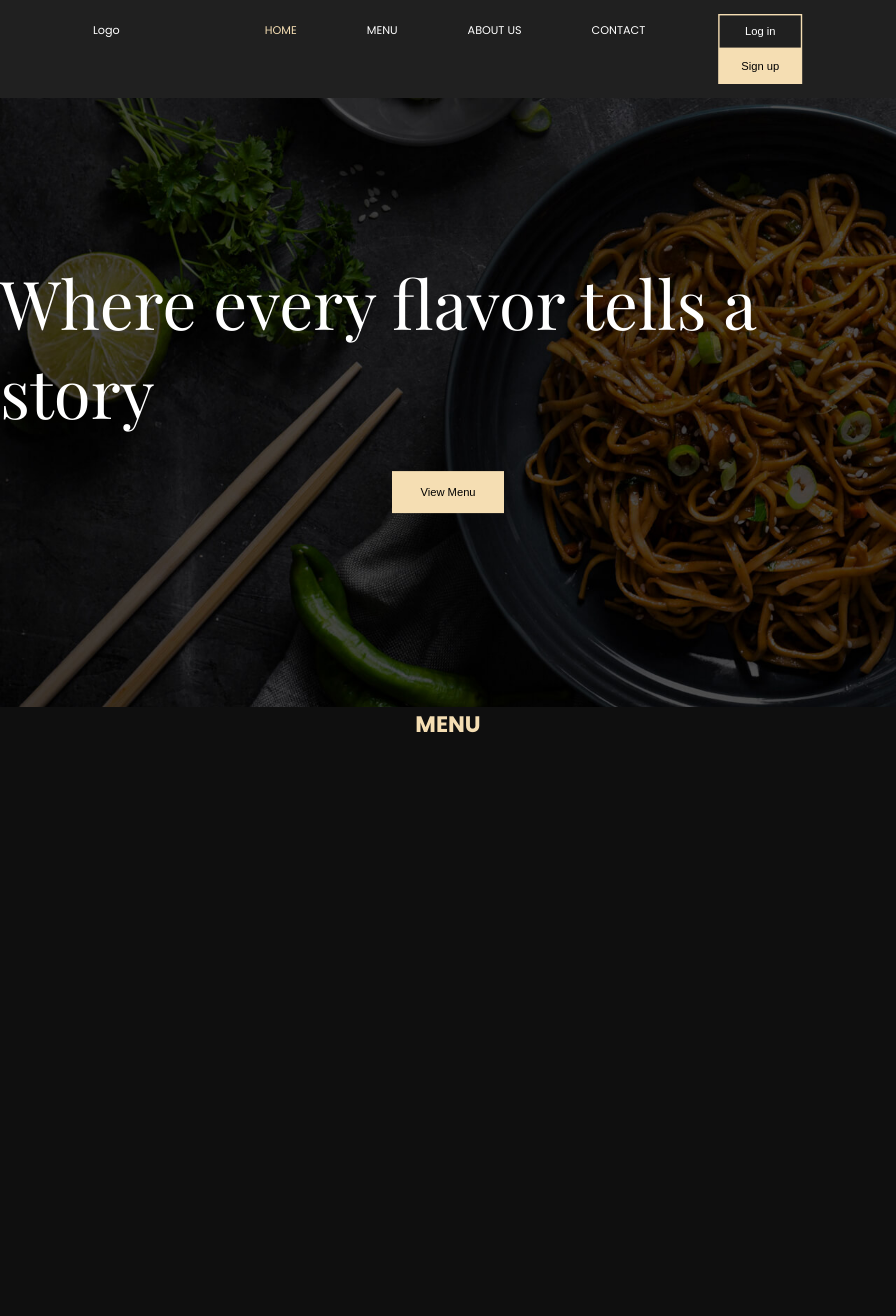
Repository: ThisIsSahaj/NSP
Page: index.html
An editor plug-in stored every save of this project. The page is shown before and after the next save, followed by the edit.
The browser window is 1280 px wide. The pictures show the whole page, at 70% of full size.

Above is the page before, as saved 2023-12-26 22:21:45.

### index.html
<!DOCTYPE html>
<html lang="en">
<head>
    <meta charset="UTF-8">
    <meta http-equiv="X-UA-Compatible" content="IE=edge">
    <meta name="viewport" content="width=device-width, initial-scale=1.0">
    <title>Hungy</title>
    <link rel="stylesheet" href="style.css">
</head>
<body>
    <header>

        <nav class="nav">
            <div class="logo">
                Logo
            </div>
            <div class="menu">
                <ul>
                   <a href="" class="active"> <li>Home</li> </a>
                   <a href=""> <li>Menu</li> </a>
                   <a href="about.html"> <li>About Us</li> </a>
                   <a href=""> <li>Contact</li> </a>
            </ul>
        </div>
        <div class="button">
            <button class="login">Log in</button>
            <button class="signup">Sign up</button>
        </div>
    </nav>
</header>

<div class="sec1">
    Where every flavor tells a story
    <button class="viewMenu">View Menu</button>
</div>
<div class="sec2">
    <h1 style="color: wheat;">MENU</h1>

</div>
</body>
</html>

### style.css
@import url('https://fonts.googleapis.com/css2?family=Poppins:wght@300;400;500;600;700&family=Roboto:wght@100;300;400;500;700;900&display=swap');

@import url('https://fonts.googleapis.com/css2?family=Playfair+Display:wght@400;500;600;700;800;900&family=Poppins:wght@300;400;500;600;700&family=Roboto:wght@100;300;400;500;700;900&display=swap');


*{
    margin: 0px;
    padding: 0px;
    box-sizing: border-box;

}

body{
    background-color: #0F0F0F;
    font-family: 'Poppins', sans-serif;
    /* color: rgb(224, 212, 212); */
    color: white;
}

header{
    margin-top: 0px;
    background-color: #202020;
    padding: 20px;
}
nav{
    display: flex;
    flex-direction: row;
    justify-content: space-around;
}

ul {
    display: flex;
    flex-direction: row;
    list-style: none;
    /* border: 2px solid green; */
}
a {
    color: #fff;
    text-transform: uppercase;
    text-decoration: none;
    /* letter-spacing: 0.15em;      */
    /* display: inline-block; */
    /* padding: 15px 20px; */
    position: relative;
    /* border: 2px solid red; */
}
a:after {
    background: none repeat scroll 0 0 transparent;
    bottom: 0;
    content: "";
    display: block;
    height: 2px;
    left: 50%;
    position: absolute;
    background: #fff;
    transition: width 0.3s ease 0s, left 0.3s ease 0s;
    width: 0;
    margin-bottom: 10px;
}

a:hover:after {
    width: 100%;
    left: 0;
    background-color:wheat;
}
.active{
    color: wheat;
}


.logo{
    width: 20%;
    margin: 10px;
    display: flex;
    justify-content: center;
    /* border: 2px solid hotpink; */

}
.menu ul li{
    margin: 10px 50px;

}

.menu{
    width: 60%;
    display: flex;
    justify-content: center;
    /* border: 2px solid blue; */

}
.button{
    width: 20%;
    /* border: 2px solid hotpink; */
}
button {
    height: 50px;
    width: 120px;
    margin: 0px 10px;
    /* border-radius: 50px; */
    background-color: wheat;
    font-size: 16px;
    cursor: pointer;
    border: none;
}

button:hover{
    background-color: transparent;
    color: white;
    border: 2px solid wheat;
}

.login{
border: 2px solid wheat;
background-color: transparent;
color: white;

}

.login:hover {
    background-color: wheat;
    color: black;
}

.viewMenu{
    margin: 50px;
    border: none;
    width: 160px;
    height: 60px;
}

.sec1{
    /* border: 2px solid red; */
    height: 870px;
    width: 100%;
    background-image: url("assets/images/hero-slider-1.jpg");

    display: flex;
    flex-direction: column;
    justify-content: center;
    align-items: center;
    font-size: 96px;
    font-family: "Playfair Display";
}


.sec2{
width: 100%;
height: 870px;
display: flex;
flex-direction: column;
/* justify-content: center; */
align-items: center;
}

.sec2 p{
    color: wheat;
    font-size: 18px;
    margin: 50px 0px;
}

.about{
    width: 100%;
    height: 50vw;
    display: flex;
    flex-direction: column;
    /* justify-content: center; */
    align-items: center;
    }

.about h1{
    font-family: "Playfair Display";
    margin: 50px;
    color: wheat;
    }

 .aboutBox{
    width: 100%;
    height: 20vw;

    display: flex;
    flex-direction: row;
    justify-content: center;
    padding: 50px;
 }

 .aboutBox div{
    width: 50%;
    padding: 40px;
    height: 60%;
 }

After the next save:
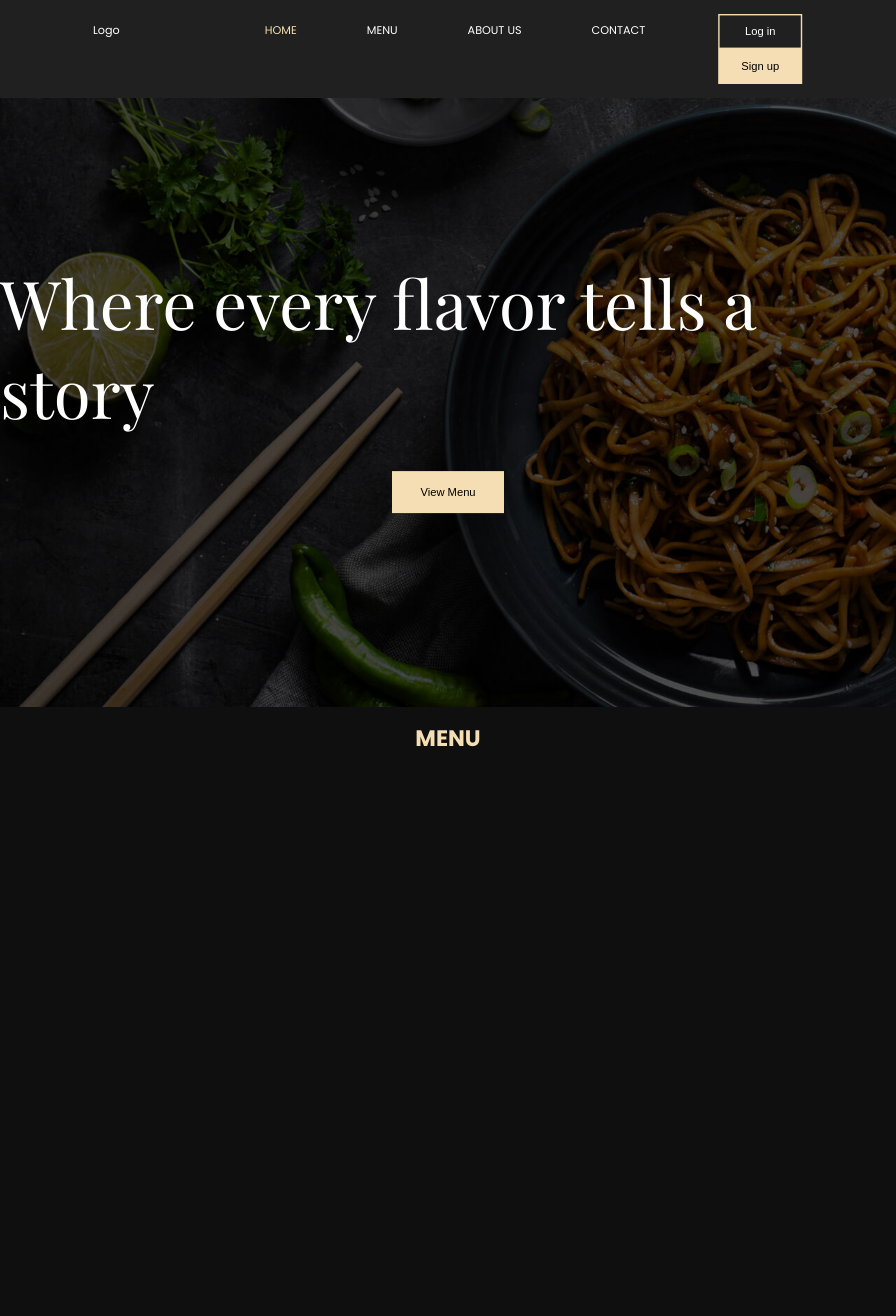
Saved 14 s later.
--- a/index.html
+++ b/index.html
@@ -34,7 +34,7 @@
     <button class="viewMenu">View Menu</button>
 </div>
 <div class="sec2">
-    <h1 style="color: wheat;">MENU</h1>
+    <h1 style="color: wheat; margin: 20px;">MENU</h1>
 
 </div>
 </body>
